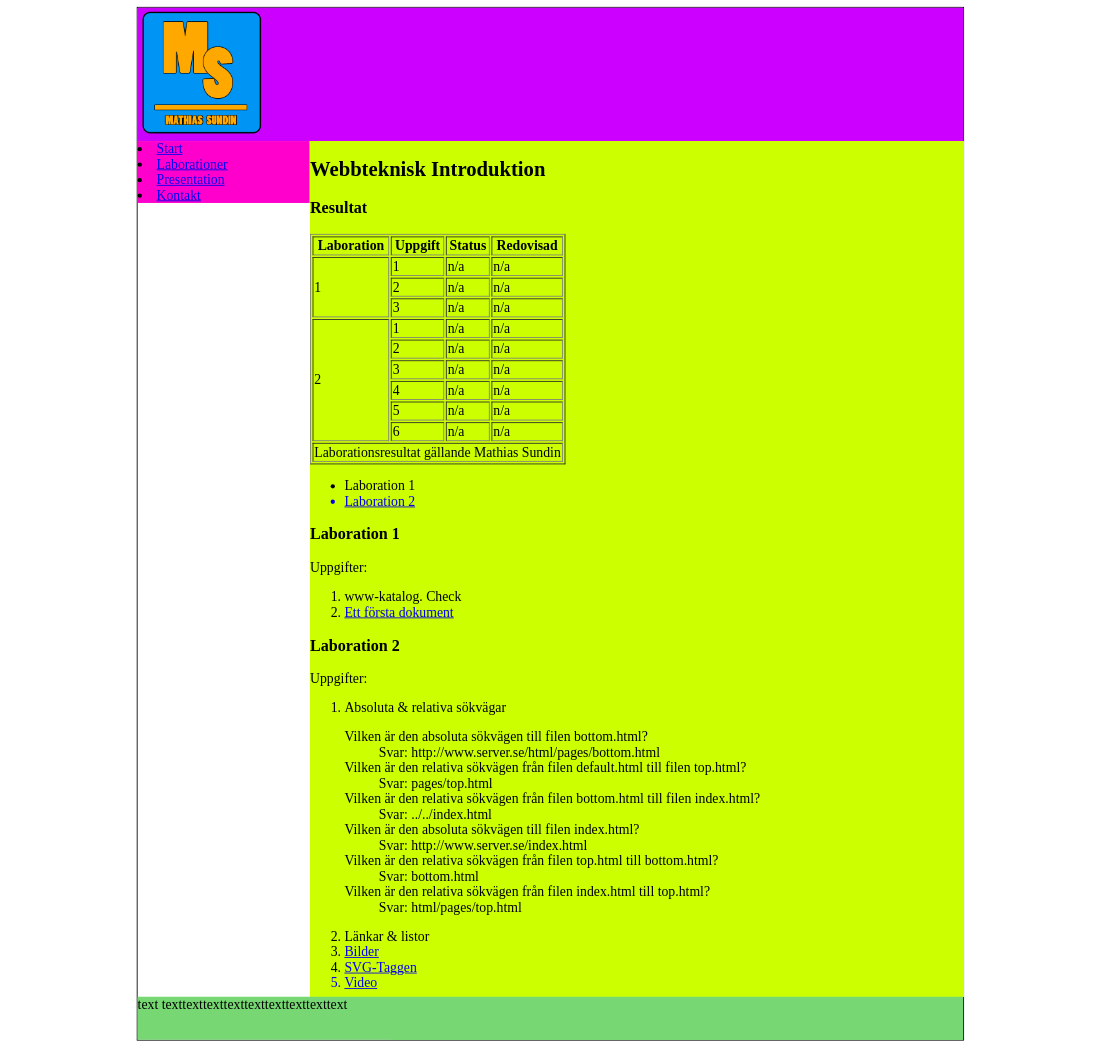
Repository: ms223uh/1ik415-laborationer
Page: www/pages/laborationer.html
The author's editor kept a record of every edit. The page is drawn from the files as they stood at one moment, then again after the next edit.
The browser window is 1280 px wide. The pictures show the whole page, at 86% of full size.

Above is the page before.

### www/pages/laborationer.html
<!DOCTYPE html>

<html lang="sv">

    <head>
        <meta http-equiv="content-type" content="text/html; charset=utf-8" />

    <link rel="stylesheet" href="../css/style.css">

        <title>Mathias Sundin</title>
    </head>
    <body>





        <!--Laborationer-->




        <div id="wrapper">


    <div id="head">
            <img src="../pics/logo1.png" width="150" height="150" alt="Logo">

        </div>




<div id="meny">


            <li><a href="../index.html">Start</a></li>
            <li><a href="laborationer.html">Laborationer</a></li>
            <li><a href="presentation.html">Presentation</a></li>
            <li><a href="kontakt.html">Kontakt</a></li>


</div>

        <div id="content">

    <h2>Webbteknisk Introduktion</h2>
       <h3>Resultat</h3>

       <table border="1">
           <thead>
               <tr>
                   <th>Laboration</th>
                   <th>Uppgift</th>
                   <th>Status</th>
                   <th>Redovisad</th>
               </tr>
           </thead>


           <tfoot>
               <tr>
                   <td colspan="4">
                       Laborationsresultat gällande Mathias Sundin
                   </td>

               </tr>

           </tfoot>

           <tbody>
               <tr>
                   <td rowspan="3">1</td>
                   <td>1</td>
                   <td>n/a</td>
                   <td>n/a</td>
               </tr>
               <tr>

                   <td>2</td>
                   <td>n/a</td>
                   <td>n/a</td>
                   </tr>
                   <tr>
                   <td>3</td>
                   <td>n/a</td>
                   <td>n/a</td>
               </tr>
               <tr>
                   <td rowspan="6">2</td>
                   <td>1</td>
                   <td>n/a</td>
                   <td>n/a</td>
                   <tr>
                   <td>2</td>
                   <td>n/a</td>
                   <td>n/a</td>
                   </tr>
                   <tr>
                   <td>3</td>
                   <td>n/a</td>
                   <td>n/a</td>
                   </tr>
                   <tr>
                   <td>4</td>
                   <td>n/a</td>
                   <td>n/a</td>
                   </tr>
                   <tr>
                   <td>5</td>
                   <td>n/a</td>
                   <td>n/a</td>
                   </tr>
                   <tr>
                   <td>6</td>
                   <td>n/a</td>
                   <td>n/a</td>
                   </tr>
               </tr>
           </tbody>



       </table>



        <ul>
        <li>Laboration 1</li>
        <a href="#labb2"><li>Laboration 2</li></a>
        </ul>

        <h3>Laboration 1</h3>
        <p>Uppgifter:</p>
        <ol>
            <li> www-katalog. Check</li>
            <li> <a href="presentation.html">Ett första dokument</a></li>
        </ol>

        <a name="labb2"><h3>Laboration 2</h3></a>
        <p>Uppgifter:</p>
        <ol>
            <li>Absoluta & relativa sökvägar</li>
            <dl>
                <dt>Vilken är den absoluta sökvägen till filen bottom.html?</dt>
                    <dd>Svar: http://www.server.se/html/pages/bottom.html</dd>
                <dt>Vilken är den relativa sökvägen från filen default.html till filen top.html?</dt>
                    <dd>Svar: pages/top.html</dd>
                <dt>Vilken är den relativa sökvägen från filen bottom.html till filen index.html?</dt>
                    <dd>Svar: ../../index.html</dd>
                <dt>Vilken är den absoluta sökvägen till filen index.html?</dt>
                    <dd>Svar: http://www.server.se/index.html</dd>
                <dt>Vilken är den relativa sökvägen från filen top.html till bottom.html?</dt>
                    <dd>Svar: bottom.html</dd>
                <dt>Vilken är den relativa sökvägen från filen index.html till top.html?</dt>
                    <dd>Svar: html/pages/top.html</dd>
            </dl>

            <li>Länkar & listor</li>
            <li><a href="../pics/logo1.png">Bilder</a></li>
            <li><a href="../index.html#svg">SVG-Taggen</a></li>
            <a href="../index.html#video1"><li>Video</li></a>


        </ol>



               </div>

    <div id="footer">

        text texttexttexttexttexttexttexttexttext

    </div>


        </div>


    </body>
</html>

### www/css/style.css

#wrapper
{
    width: 960px;
    height: 1200px;
    margin-right: auto;
    margin-left: auto;
    border: solid 1px #000000;


}



#head
{
    width: 958;
    height: 155px;
    background-color: #cc00ff;



}





#meny
{
    width: 200px;
    background-color: #ff00cc;
    float: left;



}



#content
{
    background-color: #ccff00;
    margin-left: 200px;
    margin-top: 0px;
    height: 995px;
    overflow: auto;

}



#footer
{
    background-color: #77d873;
    width: auto;
    height: 50px;
    margin-bottom: 0px;
}

After the next edit:
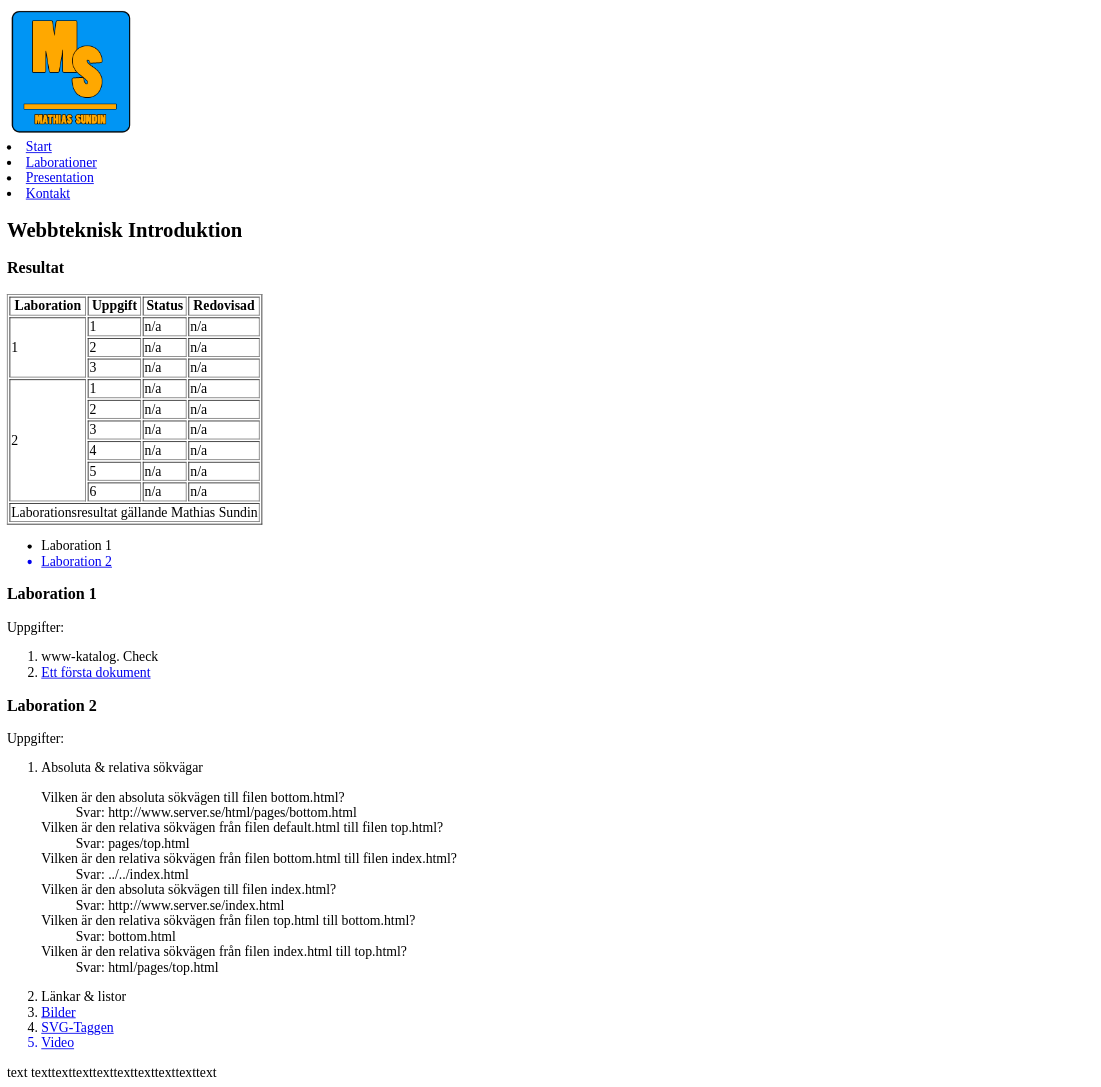
The edit:
--- a/www/pages/laborationer.html
+++ b/www/pages/laborationer.html
@@ -5,7 +5,7 @@
     <head>
         <meta http-equiv="content-type" content="text/html; charset=utf-8" />
 
-    <link rel="stylesheet" href="../css/style.css">
+
 
         <title>Mathias Sundin</title>
     </head>

After the edit that followed:
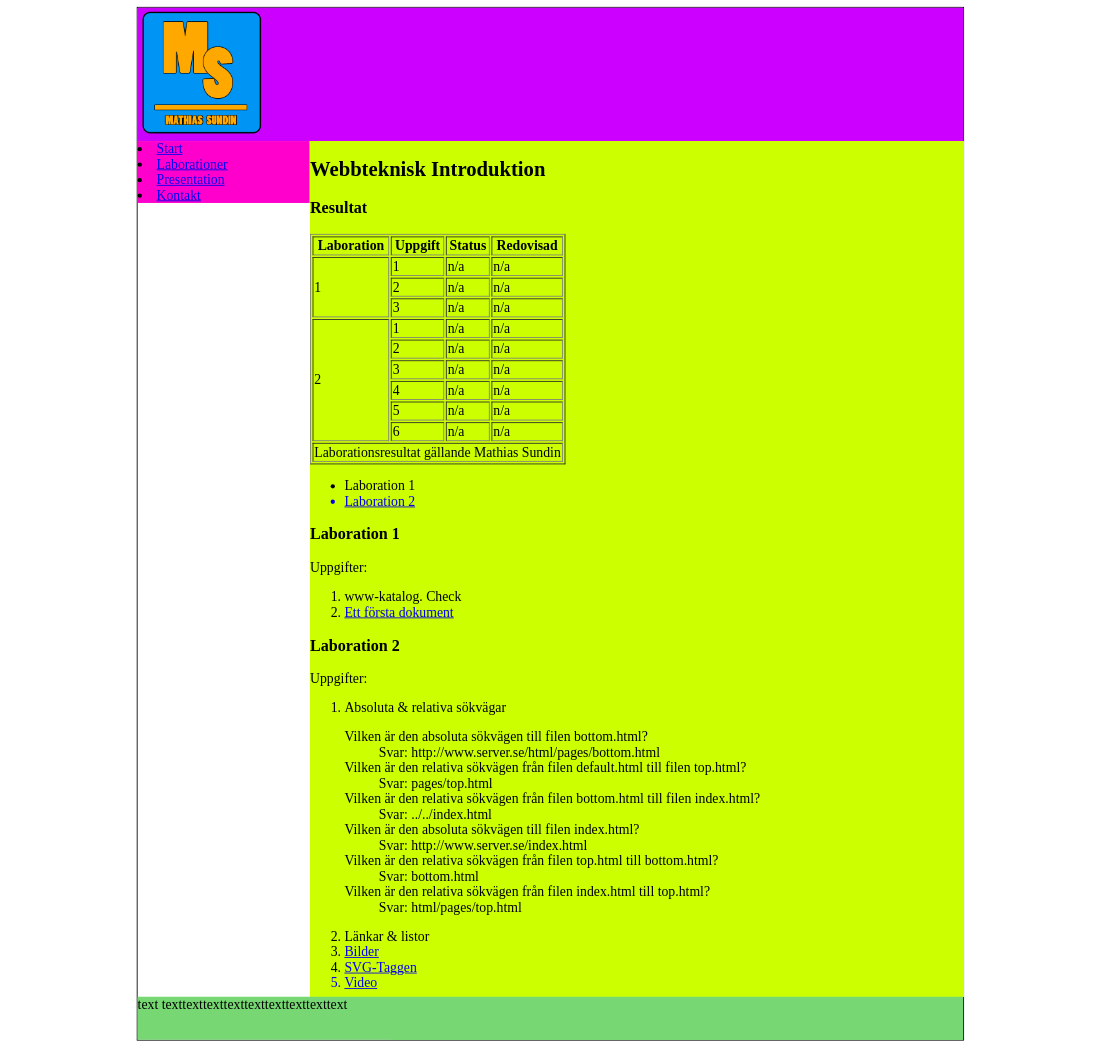
The edit:
--- a/www/pages/laborationer.html
+++ b/www/pages/laborationer.html
@@ -3,6 +3,8 @@
 <html lang="sv">
 
     <head>
+
+    <link rel="stylesheet" href="../css/style.css">
         <meta http-equiv="content-type" content="text/html; charset=utf-8" />
 
 
